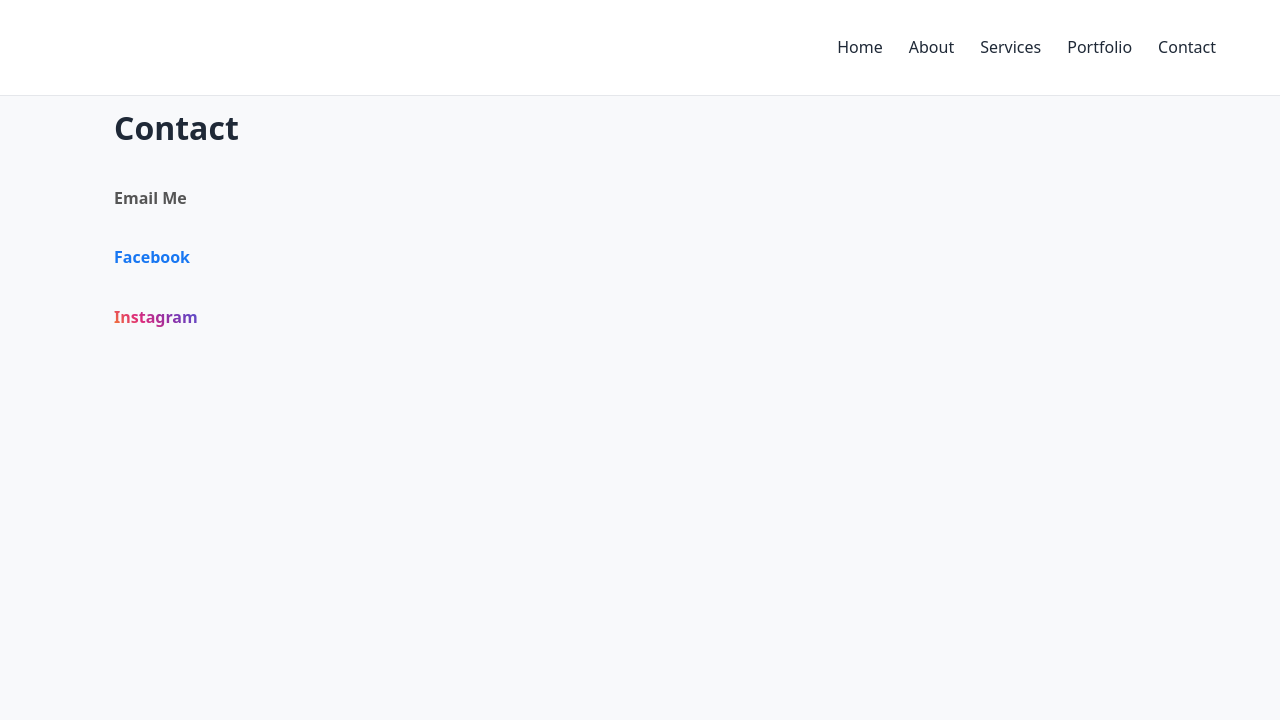
Repository: aljonvega18/Portfolio
Page: contact.html
The author's editor kept a copy of each file at every save. The page is drawn from the files as they stood at one save, then again after the next save.
The browser window is 1280 px wide. The pictures show the whole page.

Above is the page before, as saved 2026-02-02 16:57:53.

After the next save:
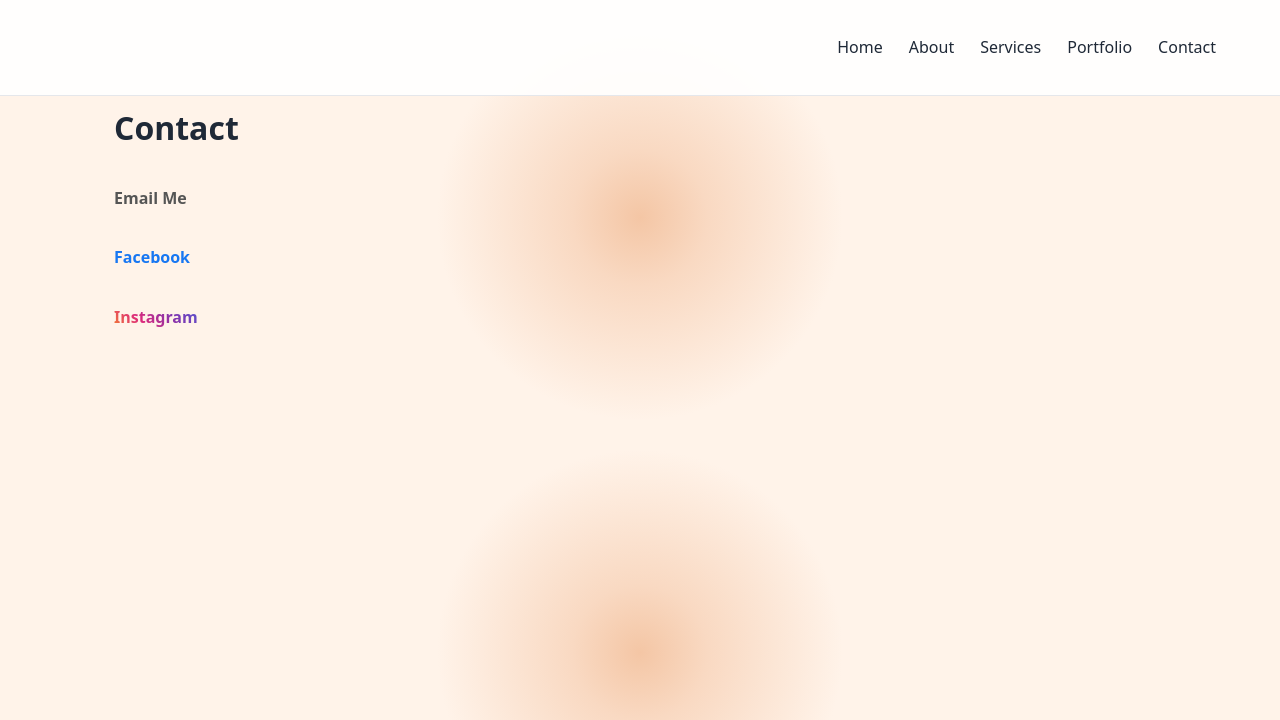
Saved 2 min 17 s later.
--- a/style.css
+++ b/style.css
@@ -10,7 +10,7 @@ html, body {
 }
 
 body {
-    background: #f8f9fb;
+    background: radial-gradient(circle at 50% 50%, #F4C6A5 0%, #F9D9C2 10%, #FFF3E9 30%);
     color: #1f2937;
     line-height: 1.7;
 }
